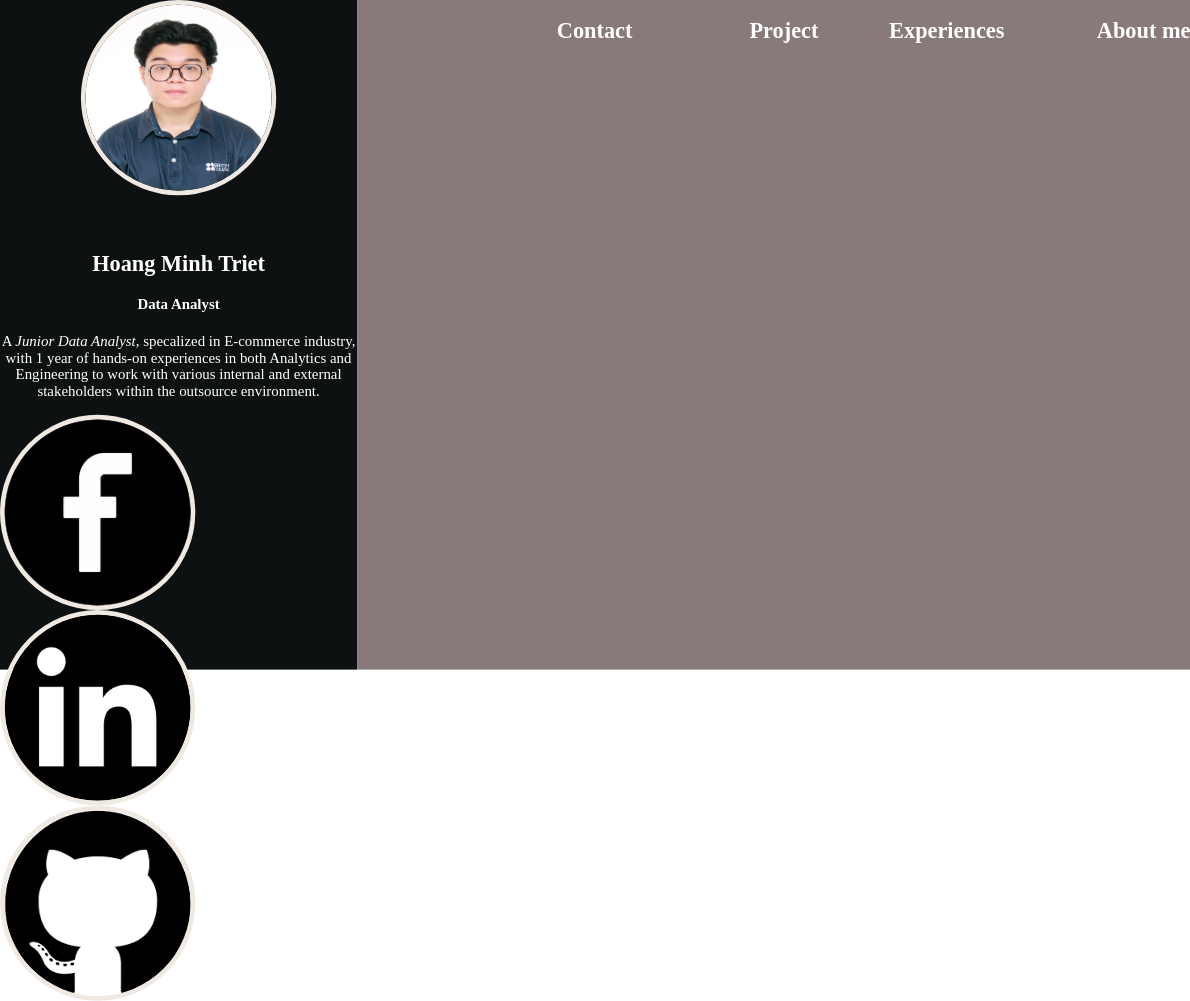
Repository: MinnTrit/personal_website
Page: http://localhost/
An editor plug-in stored every save of this project. The page is shown before and after the next save, followed by the edit.
The browser window is 1280 px wide. The pictures show the whole page, at 93% of full size.
The page is served by the project's application, run on Flask 3 (app.py).

Above is the page before, as saved 2025-01-28 23:51:10.

### templates/index.html
<!DOCTYPE html>
<html lang="en">
<head>
    <meta charset="UTF-8">
    <meta name="viewport" content="width=device-width, initial-scale=1.0">
    <link rel="stylesheet" href="{{ url_for('static', filename='css/styles.css') }}">
    <title>Data Engineer - Hoang Minh Triet</title>
</head>
<body>
    <div class="sections">
        <section class="aboutMe">
            <h2>About me</h2>
        </section>
        <section class="experiences">
            <h2>Experiences</h2>
        </section>
        <section class="projects">
            <h2>Project</h2>
        </section>
        <section class="contact">
            <h2>Contact</h2>
        </section>
    </div>
    <div class="picture">
        <img src="{{ url_for('static', filename='imgs/personal_image.jpg') }}" alt="personalImage">
        <div class="pictureText">
            <h2>Hoang Minh Triet</h2>
            <h4>Data Analyst</h4>
            <p>A <em>Junior Data Analyst</em>, specalized in E-commerce industry, with 1 year of hands-on experiences in both Analytics and Engineering to work with various internal and external stakeholders within the outsource environment.</p>
        </div>
        <div class="information">
            <a href="https://www.facebook.com/minhtriet05042003/" target="_blank">
                <img class="facebook" src="{{ url_for('static', filename='imgs/facebook.jpg') }}" alt="facebook">
            </a>
            <a href="https://www.linkedin.com/in/minchit0504/" target="_blank">
                <img class="linkedin" src="{{ url_for('static', filename='imgs/linkedin-logo.png') }}" alt="linkedin">
            </a>
            <a href="https://www.linkedin.com/in/minchit0504/" target="_blank">
                <img class="github" src="{{ url_for('static', filename='imgs/github.png') }}" alt="github">
            </a>
        </div>
    </div>
</body>
</html>

### app.py
from flask import Flask, request, render_template
app = Flask(__name__)
app.debug=True
#Initialize common variables
@app.route('/', methods=['GET', 'POST'])
def index():
    if request.method == 'GET':
        return render_template('index.html')

if __name__ == '__main__':
    app.run(host='0.0.0.0', port=5002, debug=True)

### static/css/styles.css
html, body {
    height: 100%;
    margin: 0;
    color: white;
}

.picture {
    background-color:#0e1111;
    width: 30%;
    height: 100%;
}

.picture img {
    display: block;
    width: 200px;
    height: 200px;
    margin-left: auto;
    margin-right: auto;
    border-radius: 50%;
    border: 5px solid;
    border-color:#efe9e2;
}

.picture .pictureText {
    margin-top: 60px;
    text-align: center;
}

.sections {
    position: absolute;
    top: 0;
    right: 0;
    background-color:#887a7a;
    width: 70%;
    height: 100%;
}

.aboutMe {
    position: absolute;
    right: 0px;
}

.experiences {
    position: absolute;
    right: 200px;
}

.projects {
    position: absolute;
    right: 400px;
}

.contact {
    position: absolute;
    right: 600px;
}

/* Locate the div information*/
.picture .information {
    justify-content: center;
    align-items: center;
}

.information {
    width: 20px;
    height: 20px;
    display: inline-block;
    gap: 10px
}

/* .information .facebook {
    position: absolute;
    border-radius: 60%;
    width: 30px;
    height: 30px;
    top: 220px;
    left: 100px;
    border: 1px solid;
    border-color: white;
}

.information .linkedin {
    position: absolute;
    border-radius: 60%;
    width: 30px;
    height: 30px;
    top: 220px;
    left: 50px;
    border: 1px solid;
    border-color: white;
}

.information .github {
    position: absolute;
    border-radius: 60%;
    width: 30px;
    height: 30px;
    top: 220px;
    left: 150px;
    border: 1px solid;
    border-color: white;
} */

After the next save:
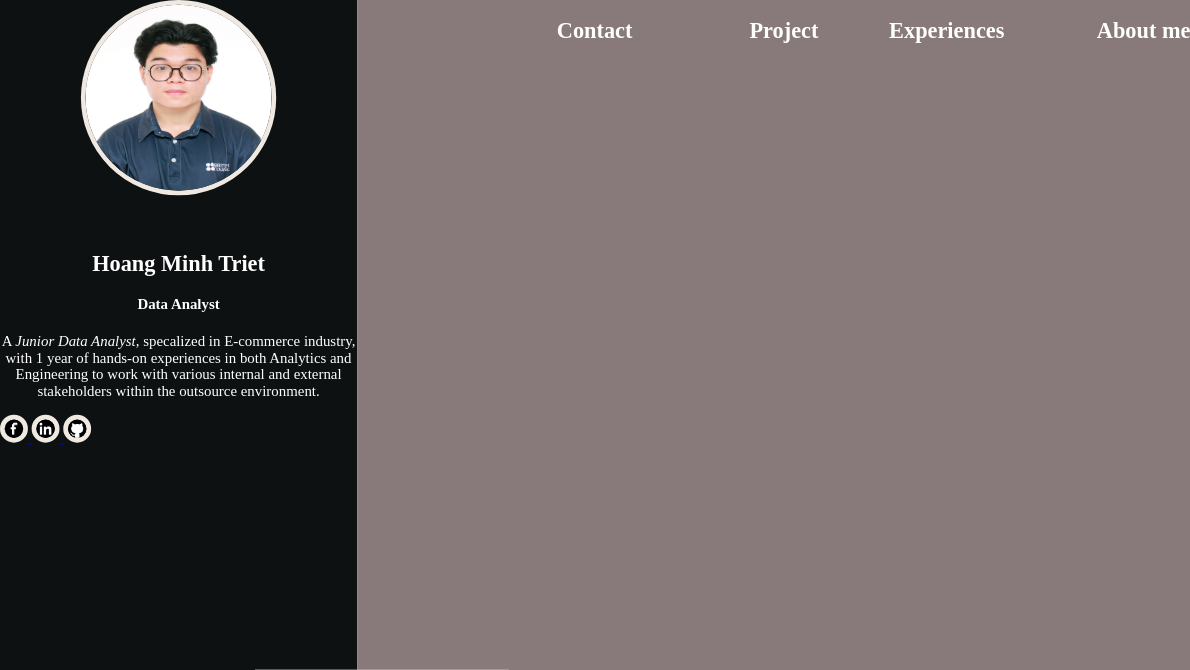
Saved 21 s later.
--- a/static/css/styles.css
+++ b/static/css/styles.css
@@ -61,7 +61,7 @@ html, body {
     align-items: center;
 }
 
-.information {
+.information img {
     width: 20px;
     height: 20px;
     display: inline-block;
